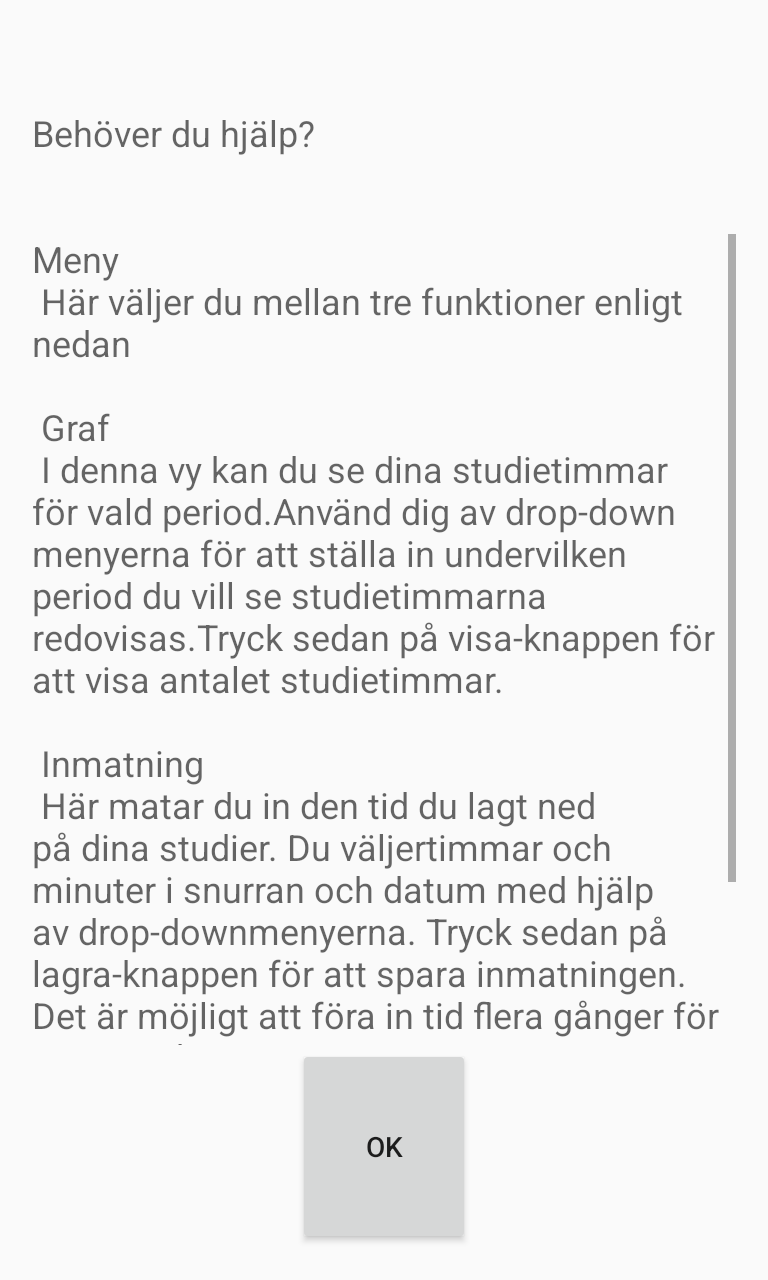
Repository: Dinova/Studiekoll
Layout: Studiekoll/Studiekoll/res/layout/fragment_help.xml
The author's editor kept a copy of each file at every save. The layout is drawn from the files as they stood at one save, then again after the next save.
It is drawn on a 768 x 1280 px phone screen (xhdpi) without system bars, with theme AppTheme; the app's code is not run.

Above is the layout before, as saved 2014-05-19 06:52:28.

After the next save:
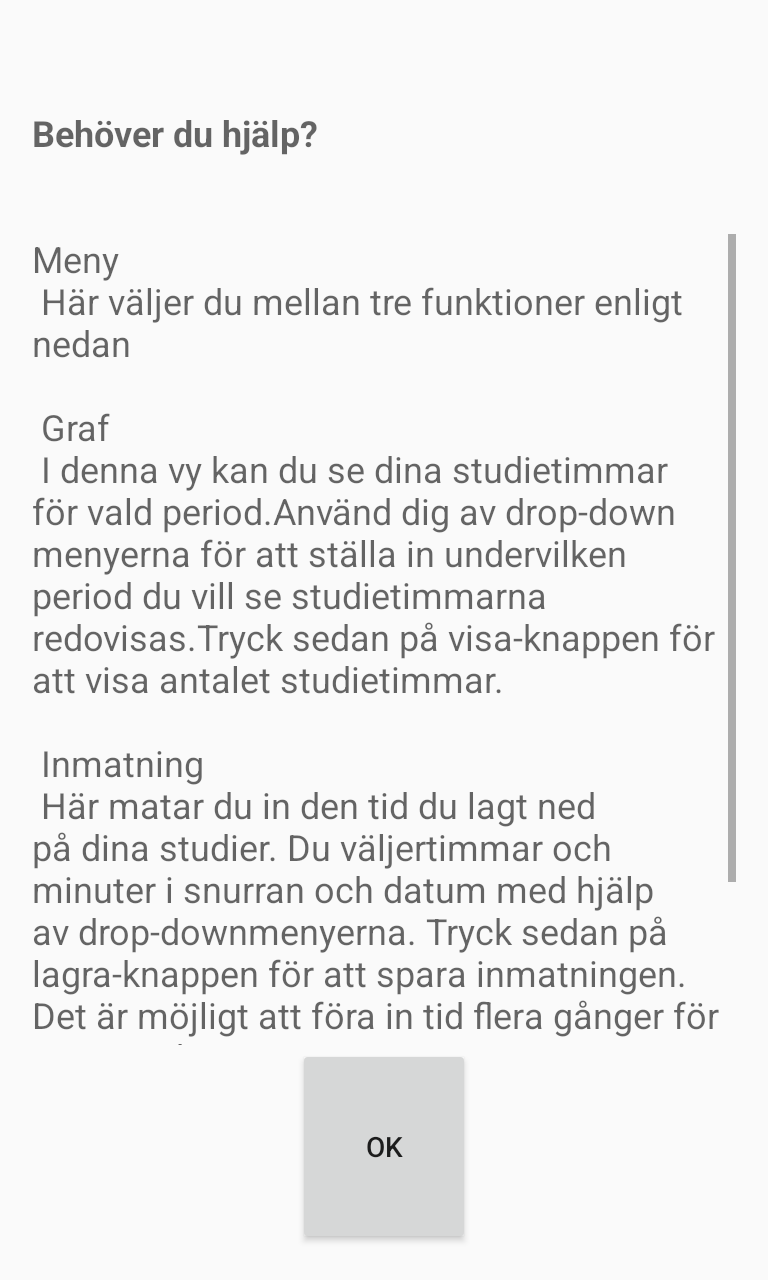
Saved 5 min 20 s later.
--- a/Studiekoll/Studiekoll/res/layout/fragment_help.xml
+++ b/Studiekoll/Studiekoll/res/layout/fragment_help.xml
@@ -15,6 +15,7 @@
         android:layout_height="0dp"
         android:layout_weight="1"
         android:text="Behöver du hjälp?"
+        android:textStyle="bold"
         android:textAppearance="?android:attr/textAppearanceMedium"
         android:gravity="center_vertical|center_vertical" />"
 
